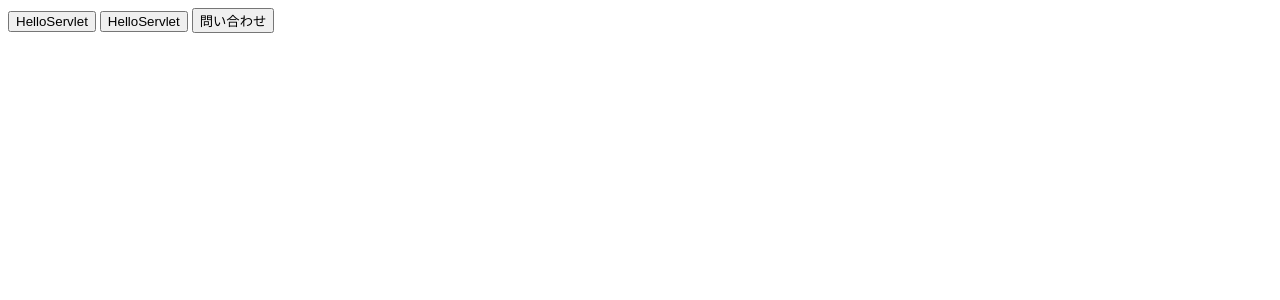
Repository: 0606kuramotomiho/test
Page: http://localhost/HelloServlet/
The author's editor kept a copy of each file at every save. The page is drawn from the files as they stood at one save, then again after the next save.
The browser window is 1280 px wide. The pictures show the whole page.
The page is served by Tomcat 9. Other server files are loaded and not shown.

Above is the page before, as saved 2018-07-03 05:27:15.

### HelloServlet/WebContent/index.jsp
<%@ page language="java" contentType="text/html; charset=UTF-8"
    pageEncoding="UTF-8"%>
<!DOCTYPE html>
<html>
<head>
<meta charset=UTF-8">
<title>HelloServlet</title>
</head>
<body>
<input type="button" value="HelloServlet" onClick="lacation.href='HelloServlet'">
<input type="button" value="HelloServlet" onClick="location.href='HelloServlet'">
<input type="button" value="問い合わせ" onClick="location.href='inquiry.jsp'">
</body>
</html>

After the next save:
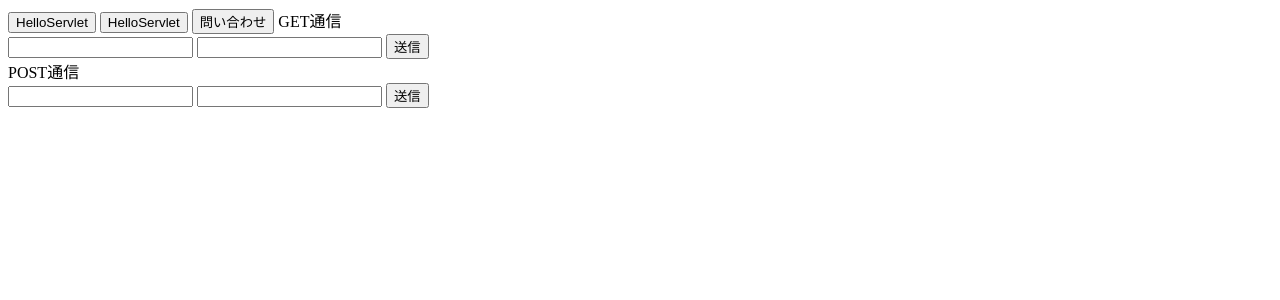
Saved 13 min 41 s later.
--- a/HelloServlet/WebContent/index.jsp
+++ b/HelloServlet/WebContent/index.jsp
@@ -10,5 +10,17 @@
 <input type="button" value="HelloServlet" onClick="lacation.href='HelloServlet'">
 <input type="button" value="HelloServlet" onClick="location.href='HelloServlet'">
 <input type="button" value="問い合わせ" onClick="location.href='inquiry.jsp'">
+GET通信
+<form method="get" action="TestServlet">
+<input type="text" name="username">
+<input type="password" name="password">
+<input type="submit" value="送信">
+</form>
+POST通信
+<form method="post" action="TestServlet">
+<input type="test" name="username">
+<input type="password" name="password">
+<input type="submit" value="送信">
+</form>
 </body>
 </html>
